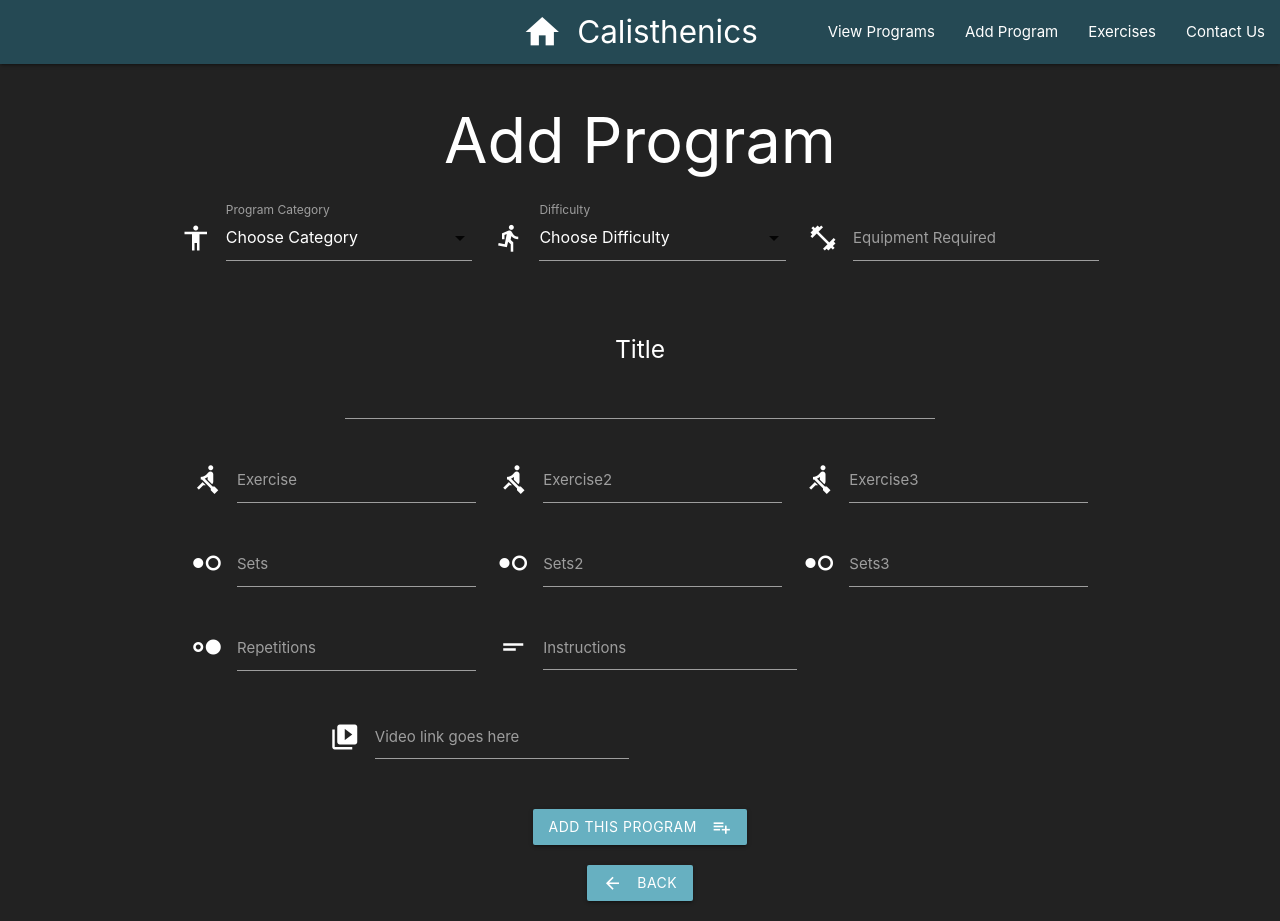
Repository: Ario124/calisthenics-project
Page: http://localhost/add_program
The author's editor kept a record of every edit. The page is drawn from the files as they stood at one moment, then again after the next edit.
The browser window is 1280 px wide. The pictures show the whole page.
The page is served by the project's application, run on Flask 3 (app.py). Queries for data that is not in the repository find no rows.

Above is the page before.

After the next edit:
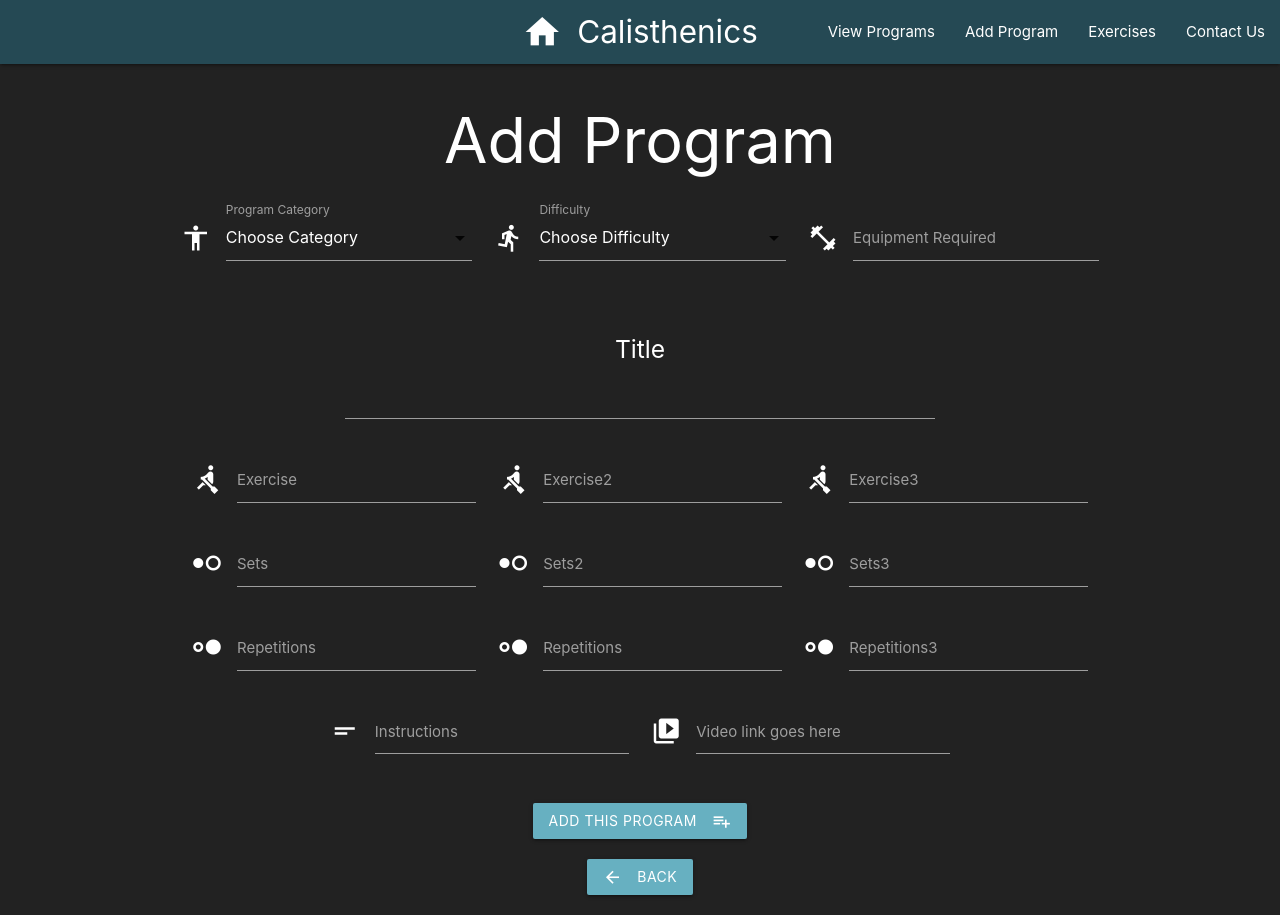
The edit:
--- a/templates/add_program.html
+++ b/templates/add_program.html
@@ -85,6 +85,19 @@
                 <input id="reps_amount" name="reps_amount" type="text" required>
                 <label for="icon_prefix">Repetitions</label>
             </div>
+
+                          <div class="input-field col s4">
+                <i class="material-icons prefix">hdr_strong</i>
+                <input id="reps_amount" name="reps_amount" type="text" required>
+                <label for="icon_prefix">Repetitions</label>
+            </div>
+
+                          <div class="input-field col s4">
+                <i class="material-icons prefix">hdr_strong</i>
+                <input id="reps_amount3" name="reps_amount3" type="text" required>
+                <label for="icon_prefix">Repetitions3</label>
+            </div>
+
         <div class="container">
            <div class="input-field col s6">
                 <i class="material-icons prefix">short_text</i>
